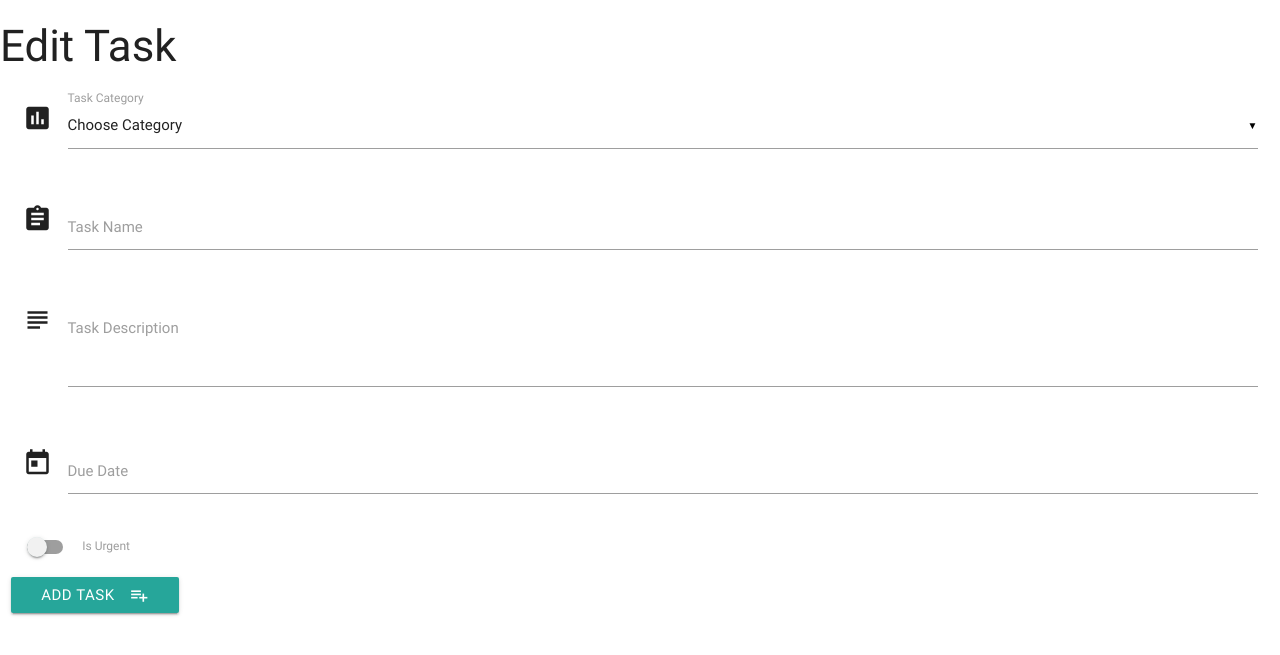
Repository: Debbiepimpo/python-miniproject
Page: templates/edittask.html
The author's editor kept a record of every edit. The page is drawn from the files as they stood at one moment, then again after the next edit.
The browser window is 1280 px wide. The pictures show the whole page.
Some web libraries are served in a nearby version. The page is served by the project's application, run on Flask 3 (app.py). The template is opened directly, without the code that normally fills it, so the values that code supplies are empty.

Above is the page before.
Console error: TypeError: Cannot read properties of undefined (reading 'set')

### templates/edittask.html
{% extends 'base.html' %} {% block content %}
<h3>Edit Task</h3>
<div class="row">
    <form action="{{ url_for('insert_task') }}" method="POST"  class="col s12">
        <div class="row">
            <div class="row">
                <div class="input-field col s12">
                    <i class="material-icons prefix">poll</i>
                    <select id="category" name="category_name">
                  <option value="" disabled selected>Choose Category</option>
                  {% for cat in categories %}
                      {% if cat.category_name == task.category_name %}
                      <option value="{{cat.category_name}}"selected >{{cat.category_name}}</option>
                      {% else %}
                      <option value="{{cat.category_name}}">{{cat.category_name}}</option>
                    {% endif %}
                  {% endfor %}
                </select>
                    <label>Task Category</label>
                </div>
            </div>
            <div class="input-field col s12">
                <i class="material-icons prefix">assignment</i>
                <input id="task_name" name="task_name" type="text" class="validate" value="{{task.task_name}}">
                <label for="icon_prefix">Task Name</label>
            </div>
        </div>
        <div class="row">
            <div class="input-field col s12">
                <i class="material-icons prefix">subject</i>
                <textarea name="task_description" id="task_description" class="materialize-textarea">{{task.task_description}}</textarea>
                <label for="icon_telephone">Task Description</label>
            </div>
        </div>
        <div class="row">
            <div id="matfix" class="input-field col s12">
                <i class="material-icons prefix">today</i>
                <input id="due_date" name="due_date" type="text" class="datepicker">
                <label for="icon_prefix">Due Date</label>
            </div>
        </div>
        <div class="row">
            <div class="switch">
                <label>
                    {% if task.is_urgent %}
                        <input id="is_urgent" name="is_urgent" type="checkbox" checked>
                    {% else %}
                        <input id="is_urgent" name="is_urgent" type="checkbox">
                    {% endif %}
                  <span class="lever"></span>
                  Is Urgent
                </label>
            </div>
        </div>
        <div class="row">
            <button class="btn waves-effect waves-light" type="submit" name="action">Add Task
                <i class="material-icons right">playlist_add</i>
             </button>
        </div>
    </form>
</div>

<script src="https://cdnjs.cloudflare.com/ajax/libs/jquery/3.2.1/jquery.min.js"></script>
<script type="text/javascript">
    $(document).ready(function(){

        due_date = Date.parse('{{task.due_date}}');
        $('due_date').pickadate('picker').set('select', due_date, {format: 'dd/mm/yyyy'}).trigger('change')

        });
</script>

{% endblock %}

### templates/base.html
<!DOCTYPE html>
<html>

<head>
    <link href="https://fonts.googleapis.com/icon?family=Material+Icons" rel="stylesheet">
    <link rel="stylesheet" href="https://cdnjs.cloudflare.com/ajax/libs/materialize/0.100.2/css/materialize.min.css">
    <link rel="stylesheet" href="{{url_for('static', filename='css/style.css')}}" type="text/css" />
</head>

<body>
    {% block content %} {% endblock %}

    <script src="https://cdnjs.cloudflare.com/ajax/libs/jquery/3.2.1/jquery.min.js"></script>
    <script src="https://cdnjs.cloudflare.com/ajax/libs/materialize/0.100.2/js/materialize.min.js"></script>
    <script type="text/javascript">
        $(document).ready(function() {
            $('.collapsible').collapsible();
            $('select').material_select();
        });
        $('.datepicker').pickadate({
            selectMonths: true, // Creates a dropdown to control month
            selectYears: 15, // Creates a dropdown of 15 years to control year,
            today: 'Today',
            clear: 'Clear',
            close: 'Ok',
            closeOnSelect: false // Close upon selecting a date,
        });
        document.getElementById("matfix").addEventListener("click", function(e) {
            e.stopPropagation();
        });
    </script>
</body>

</html>

### app.py
import os
from flask import Flask, render_template, redirect, request, url_for
from flask_pymongo import PyMongo
from bson.objectid import ObjectId

app = Flask(__name__)
app.config["MONGO_DBNAME"] = 'task-manager'
app.config["MONGO_URI"] = os.getenv('MONGO_URI', 'mongodb://localhost')

mongo = PyMongo(app)

@app.route('/')
@app.route('/get_tasks')
def get_tasks():
    return render_template("tasks.html",
                           tasks=mongo.db.tasks.find())


@app.route('/add_task')
def add_task():
    return render_template('addtasks.html',
                           categories=mongo.db.categories.find())


@app.route('/insert_task', methods=['POST'])
def insert_task():
    tasks = mongo.db.tasks
    tasks.insert_one(request.form.to_dict())
    return redirect(url_for('get_tasks'))


@app.route('/edit_task/<task_id>')
def edit_task(task_id):
    the_task = mongo.db.tasks.find_one({"_id": ObjectId(task_id)})
    all_categories = mongo.db.categories.find()
    return render_template('edittask.html',task=the_task, categories=all_categories)


@app.route('/update_task/<task_id>', methods=['POST'])
def update_task(task_id):
    tasks = mongo.db.tasks
    tasks.update( {'_id': ObjectId(task_id)},
    {
        'task_name':request.form.get('task_name'),
        'category_name':request.form.get('category_name'),
        'task_description': request.form.get('task_description'),
        'due_date': request.form.get('due_date'),
        'is_urgent':request.form.get('is_urgent')
    })
    return redirect(url_for('get_tasks'))

@app.route('/delete_task/<task_id>')
def delete_task(task_id):
    tasks = mongo.db.tasks
    tasks.update( {'_id': ObjectId(task_id)},
    {
        'task_name':request.form.get('task_name'),
        'category_name':request.form.get('category_name'),
        'task_description': request.form.get('task_description'),
        'due_date': request.form.get('due_date'),
        'is_urgent':request.form.get('is_urgent')
    })
    return redirect(url_for('get_tasks'))


if __name__ == '__main__':
    app.run(host=os.environ.get('IP'),
            port=int(os.environ.get('PORT')),
            debug=True)

### static/css/style.css
.btn_small{
    height:24px;
    width:60px;
     line-height: 24px;
    margin: 5px 5px;
    padding: 0 0.5em;
}

.task_header {
    margin-top: 5px;
}

After the next edit:
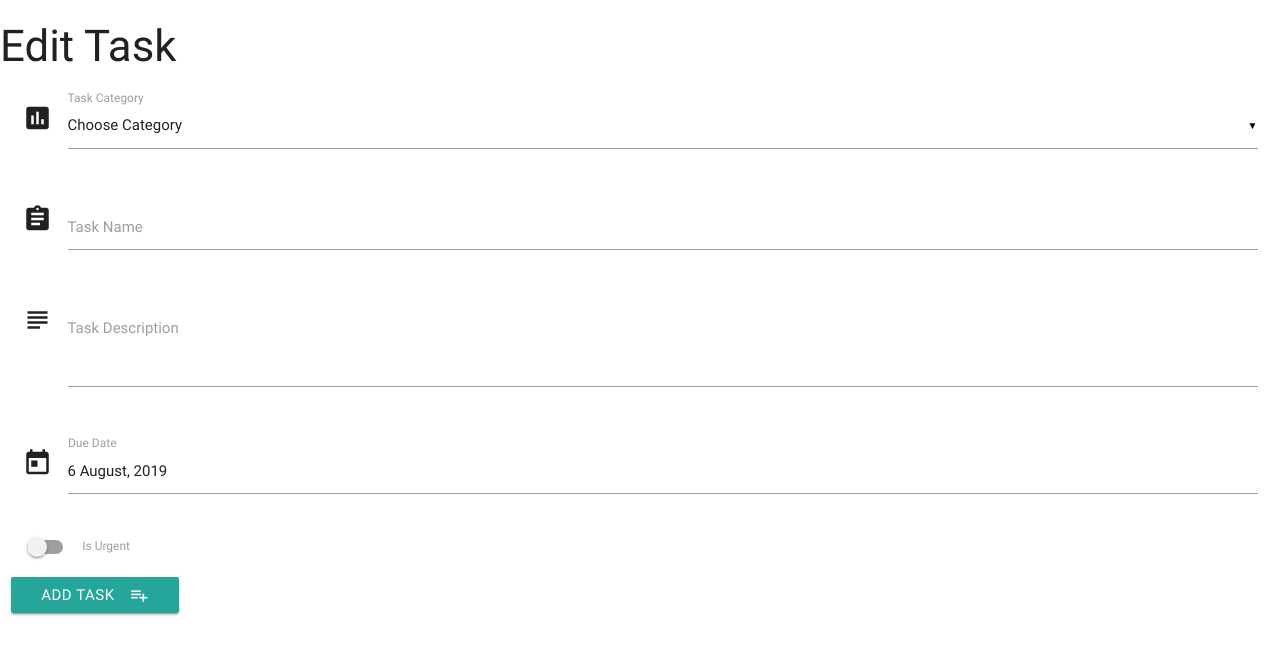
The error is gone.
The edit:
--- a/templates/edittask.html
+++ b/templates/edittask.html
@@ -63,9 +63,8 @@
 <script src="https://cdnjs.cloudflare.com/ajax/libs/jquery/3.2.1/jquery.min.js"></script>
 <script type="text/javascript">
     $(document).ready(function(){
-
         due_date = Date.parse('{{task.due_date}}');
-        $('due_date').pickadate('picker').set('select', due_date, {format: 'dd/mm/yyyy'}).trigger('change')
+        $('#due_date').pickadate('picker').set('select', due_date, {format: 'dd/mm/yyyy'}).trigger('change')
 
         });
 </script>
